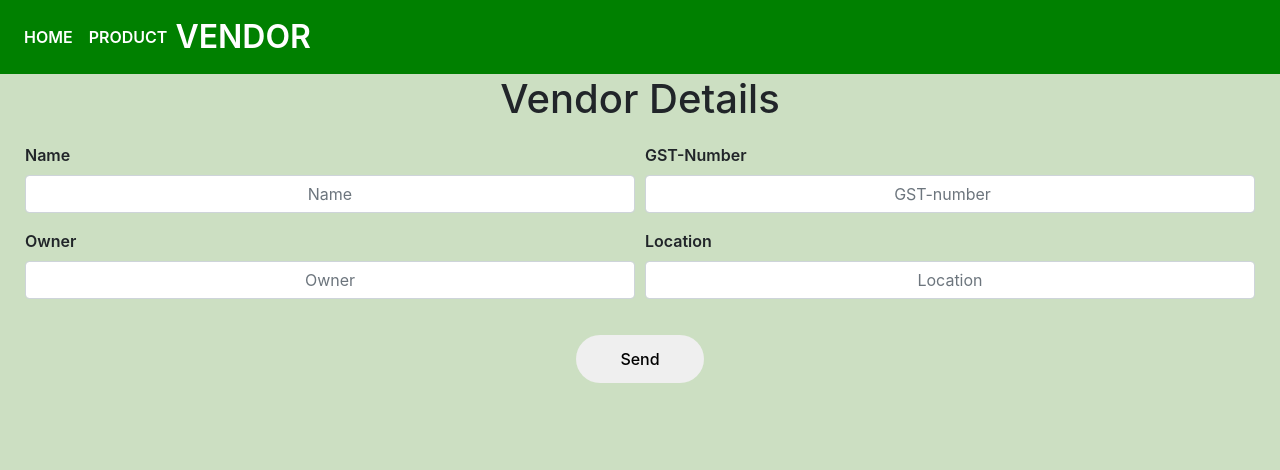
Repository: 05Mohammedismail/xworkz--Advance-Java
Page: http://localhost/Sep13_JSP/vendor.jsp
The author's editor kept a copy of each file at every save. The page is drawn from the files as they stood at one save, then again after the next save.
The browser window is 1280 px wide. The pictures show the whole page.
The page is served by Tomcat 9.

Above is the page before, as saved 2023-09-14 04:42:02.

After the next save:
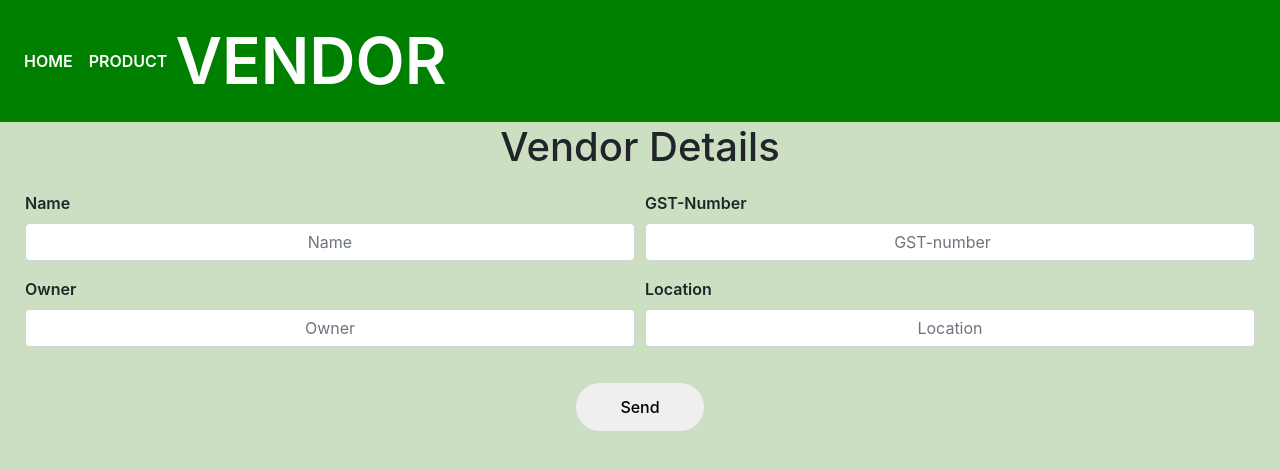
Saved 81 s later.
--- a/Sep13_JSP/src/main/webapp/vendor.jsp
+++ b/Sep13_JSP/src/main/webapp/vendor.jsp
@@ -20,6 +20,7 @@ text-align: center;
 
 .navbar-brand{
 font-size: 2em;
+font-size: 4em;
 }
 .navbar{
 background: green;
